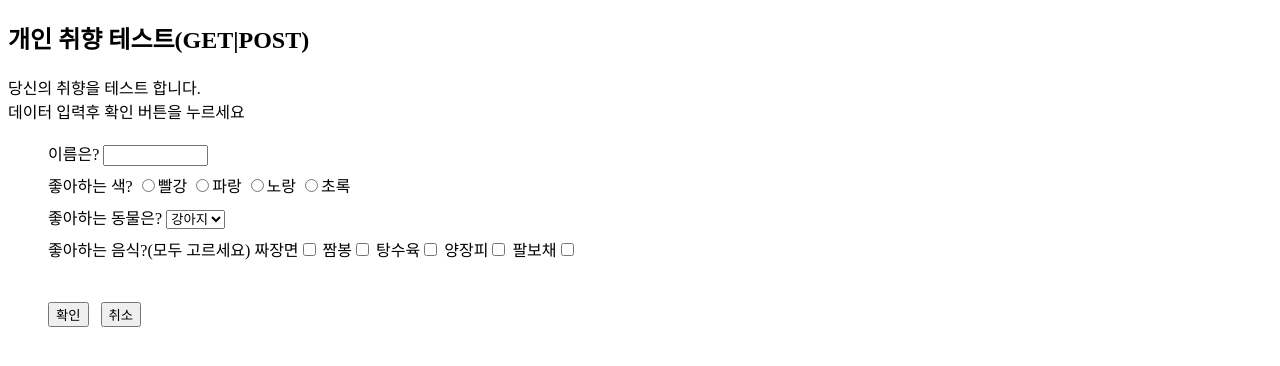
Repository: uriquely/web_server_assignment
Page: 210206_server_assignment/01_HelloWeb/WebContent/servlet/testPerson2.html
An editor plug-in stored every save of this project. The page is shown before and after the next save, followed by the edit.
The browser window is 1280 px wide. The pictures show the whole page.

Above is the page before, as saved 2021-02-02 05:39:37.

After the next save:
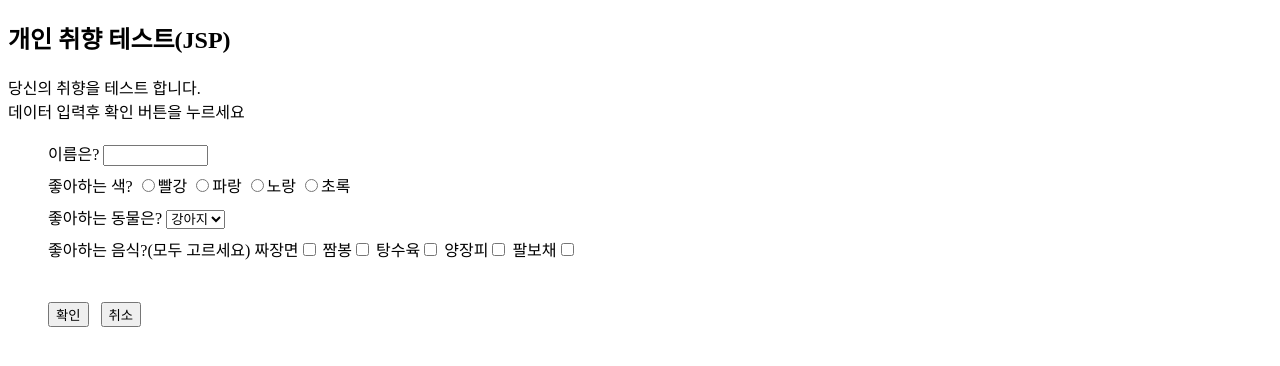
Saved 3 min 5 s later.
--- a/210206_server_assignment/01_HelloWeb/WebContent/servlet/testPerson2.html
+++ b/210206_server_assignment/01_HelloWeb/WebContent/servlet/testPerson2.html
@@ -5,7 +5,7 @@
 <title>개인 취향 테스트</title>
 </head>
 <body>
-	<h2>개인 취향 테스트(GET|POST)</h2>
+	<h2>개인 취향 테스트(JSP)</h2>
 	당신의 취향을 테스트 합니다.<br/>
 	데이터 입력후 확인 버튼을 누르세요<br/>
 
